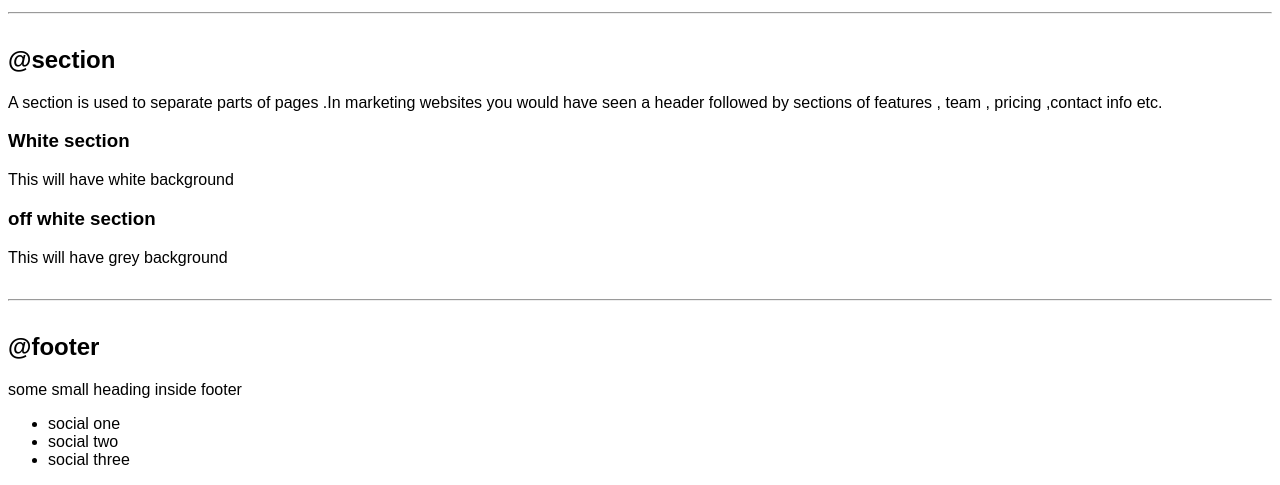
Repository: nihalani20/KomalNihalani-Portfolio
Page: index.html
The author's editor kept a copy of each file at every save. The page is drawn from the files as they stood at one save, then again after the next save.
The browser window is 1280 px wide. The pictures show the part of the page from y = 2075 to 2560 px (the page is 2560 px tall before and 2550 px after).
A picture or video elsewhere on the page could not be fetched, so the positions and the page height are approximate.

Above is the page before, as saved 2023-10-29 14:51:22.

### index.html
<!DOCTYPE html>
<html lang="en">
<head>
    <meta charset="UTF-8">
    <meta name="viewport" content="width=device-width, initial-scale=1.0">
    <title>component library</title>
    <link href = "style.css" rel = "stylesheet"/>


</head>
<body>
    <h1 >komal's component Library</h1>
    <p>I am attending <strong>neog.camp </strong>and I want to make a library  which would make all my <strong>projects</strong> look good and consistent.</p>

    <hr>

    <h2>@typography</h2>

    <h1>This is the biggest heading</h1>
    <h2>This is the second biggest heading</h2>
    <p>Let me show you the normal text . This is free flowing and will wrap at the end like a paragraph.</p>
    <small>This is relatively smaller text.</small>


    <hr>

<h2>@container</h2>
<h3>@fluid container</h3>
<!-- below we used div class instead of para element -->
<div class = "container">This is a fluid container and it will go till the end of the page.</div>

<h3>@center container</h3>
<div class = "container container-center">This is a centered container and it will go till the specified width.</div>

<hr>

<h2>@links</h2>
<!-- connect link to css -->
<a  class = "link primary-link"href="/">Primary Link</a>
<a  class = "link secondary-link"href ="/">Secondary link</a>


<hr>
<h2>@lists</h2>
<h3>unordered list</h3>
<p>We don't want to show bullets in the unordered list. We'll remove that with CSS.</p>
<ul class="list-non-bullet">
<li> Item one</li>
<li> Item two</li>
<li>Item three</li>
</ul>





<h3>ordered list</h3>

<ol>
    <li>milk</li>
    <li>curd</li>
    <li>Banana</li>

</ol>


<h3> reversed ordered list</h3>
<p>Counting of will go reverse for this list</p>
<ol reversed>
    <li>Banana</li>
    <li>curd</li>
    <li>milk</li>
</ol>

<h3> unordered inline list</h3>
<p>Instead of going in a new row, we will create a list which will take columns.</p>
<ul class="list-non-bullet">

<li class="list-item-inline">Inline Item one</li>
<li class="list-item-inline">Inline Item two</li>
<li class="list-item-inline">Inline Item three</li>

</ul>

<hr>

<h2>@navigation bar</h2>
<nav class="navigation-container">

    <div class = "nav-brand">I am a developer</div>

    <ul class="list-non-bullet">
        <!-- also we have to active the link -->

<li class="list-item-inline"> home</li>
<a class="link-active"></a>

<li class="list-item-inline"> projects</li>
<a class = "link"></a>

<li class="list-item-inline">blogs</li>
<a class = "link"></a>


    </ul>
</nav>

<hr>
<!-- Header is also called Hero  -->
<header class = "hero">
    <img class="hero-img" src = "images/undraw_proud_coder_re_exuy.svg">
    <h1 class = "hero-heading"> Heading inside hero </h1>

</header>

<hr>
<h2>@section</h2>
<p>A section is used to separate parts of pages .In marketing websites you would have seen a header followed by sections of features , team , pricing ,contact info etc.</p>






<section>

    <h3>White section</h3>
    <p>This will have white background</p>
</section>

<section>
    <h3> off white section</h3>
    <p>This will have  grey background</p>

</section>


<hr>


<h2>@footer</h2>
<footer>
<div>some small heading inside footer</div>
    <ul>
        <li>social one</li>
        <li>social two</li>
        <li>social three</li>
    </ul>
</footer>











<!-- </body><div style ="height : 30vh";></div> -->
<!-- From above line of code you see that there is padding from the bottom . -->


</body>
</html>

### style.css
:root
{
    /* --primary-color: #4f46e5; */
    --primary-color:#756ff3;
    --gray: #F3F4F6;
    --dark-gray: #6B7280;

}



/* typography */
body
{
    font-family: 'Montserrat', sans-serif;

}
/* containers */

.container
/* this works on both container and if you put text align center it will work on both container */
{
   padding-left: 1rem;
   padding-right: 1rem;
}
.container-center{
    /* max-width: 600px; */
    /* margin: auto; */
    /* below we can also do this */
    text-align: center;
}

/* links */
.link
{
    text-decoration: none;
    padding: 0.5rem 1rem;
}


.primary-link
{
    /* color:white; */
    background-color:var(--primary-color);
    border-radius: 0.5rem;
    border: 1px solid ;
    color:white;
    padding: 0.5rem 1rem 0.5rem 1rem;

}
.secondary-link
{


    border-radius: 0.5rem;
    border: 1px solid ;
    color:var(--primary-color);

}
hr{
    margin: 2rem 0rem;
}

/* lists */
.list-non-bullet
{
    list-style: none;
}
.list-item-inline
{
    display: inline;
     padding:0rem 0.5rem;

}

/* navigation */
.navigation-container
{
    background-color:var(--primary-color);
    color:white;
    padding: 1rem;
    border-bottom-left-radius:1rem;

}

.nav-brand
{
     font-weight: bold;

}
.link-active
{
    font-weight: bold;
}




/* header */

.hero{
    padding:2rem;
}
.hero-img
{
    max-width: 350px;
    display:block;
    margin: auto;
}
.hero-heading
{
    color:var(--dark-gray);
    text-align: center;
}

After the next save:
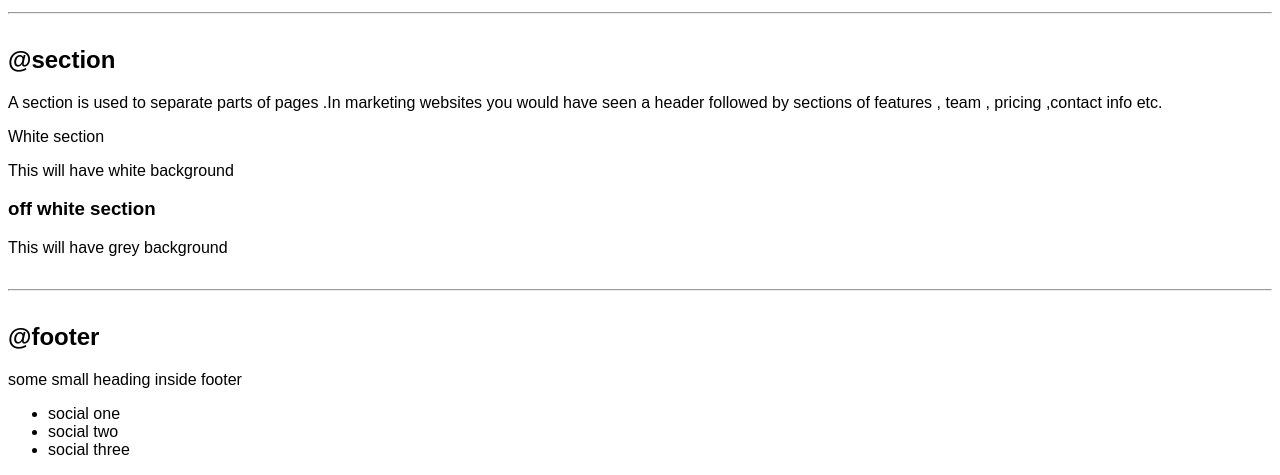
Saved 24 s later.
--- a/index.html
+++ b/index.html
@@ -122,7 +122,7 @@
 
 
 
-<section>
+<section clas
 
     <h3>White section</h3>
     <p>This will have white background</p>

After the 2 saves that followed:
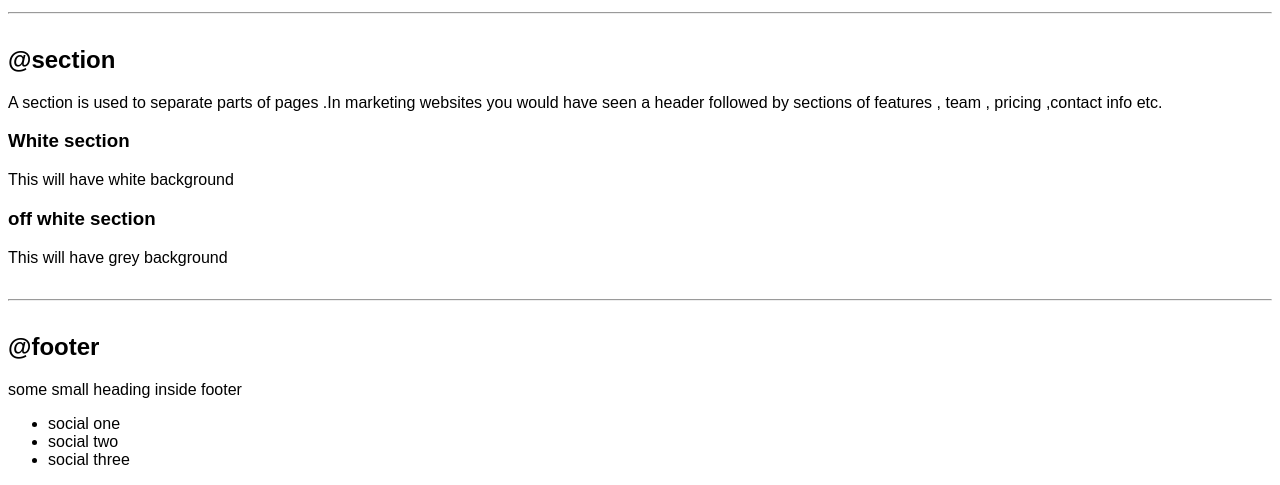
The 2 saves are shown as one change because they came seconds apart.
The last was saved 16 s later.
--- a/index.html
+++ b/index.html
@@ -122,8 +122,8 @@
 
 
 
-<section clas
-
+<section class="section">
+<div class=" container container-center"></div>
     <h3>White section</h3>
     <p>This will have white background</p>
 </section>
